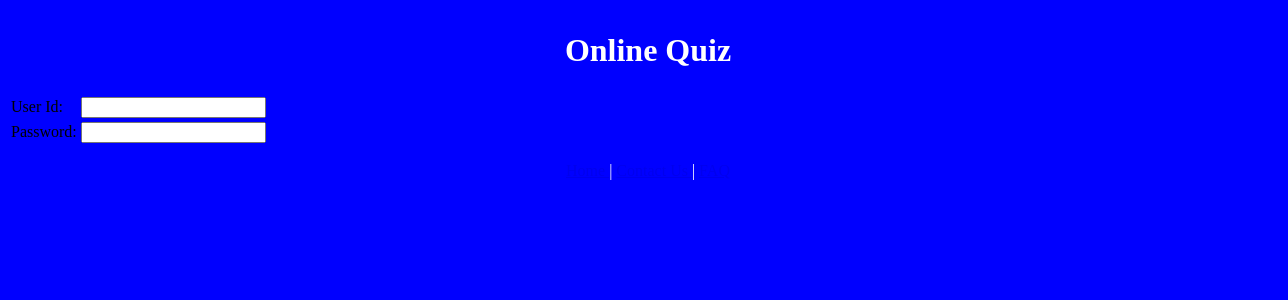
Repository: KaushikVeluruWorld/KaushikJava
Page: http://localhost/OnlineQuiz/home.jsp
The author's editor kept a copy of each file at every save. The page is drawn from the files as they stood at one save, then again after the next save.
The browser window is 1280 px wide. The page is 1288 px wide, so the pictures cover 1288 px, including what lies to the right of the window. The pictures show the whole page.
The page is served by Tomcat 9. Other server files are loaded and not shown.

Above is the page before, as saved 2014-12-22 10:12:37.

### Online Quiz Tool/OnlineQuiz/WebContent/home.jsp
<%@ page language="java" contentType="text/html; charset=ISO-8859-1"
    pageEncoding="ISO-8859-1"%>
<!DOCTYPE html PUBLIC "-//W3C//DTD HTML 4.01 Transitional//EN" "http://www.w3.org/TR/html4/loose.dtd">
<html>
<head>
<meta http-equiv="Content-Type" content="text/html; charset=ISO-8859-1">
<title>Insert title here</title>
</head>
<body>

<jsp:include page="header.html"></jsp:include>

<table>
<tr> <td> User Id:</td>
     <td><input type="text" id="username"></td></tr>
<tr> <td> Password:</td>
     <td><input type="password" id="password"></td></tr>


</table>



<jsp:include page="footer.jsp"></jsp:include>

</body>
</html>

### Online Quiz Tool/OnlineQuiz/WebContent/header.html
<!DOCTYPE html>
<html>
<head>
<meta charset="ISO-8859-1">
<title>Header</title>
</head>
<body bgcolor="blue" style="height: 25%; width: 100%;">


<table style="height: 50px; width: 100%">
<tr>
<td align="center" colspan="2"> <h1 style="text-align: center; color: white;"><b>Online Quiz</b></h1></td>
</tr>
</table>


</body>
</html>

### Online Quiz Tool/OnlineQuiz/WebContent/footer.jsp
<%@ page language="java" contentType="text/html; charset=ISO-8859-1"
    pageEncoding="ISO-8859-1"%>
<!DOCTYPE html PUBLIC "-//W3C//DTD HTML 4.01 Transitional//EN" "http://www.w3.org/TR/html4/loose.dtd">
<html>
<head>
<meta http-equiv="Content-Type" content="text/html; charset=ISO-8859-1">
<title>Footer</title>
</head>

<body bgcolor="blue" style="height: 50px; width: 100%;">

<p align="center" style="color: white" >
<a style="" href="Home.jsp">Home </a> |
<a href="ContactUs.jsp">Contact Us </a> |
<a href="FAQ.jsp">FAQ </a>
</p>

</body>
</html>

After the next save:
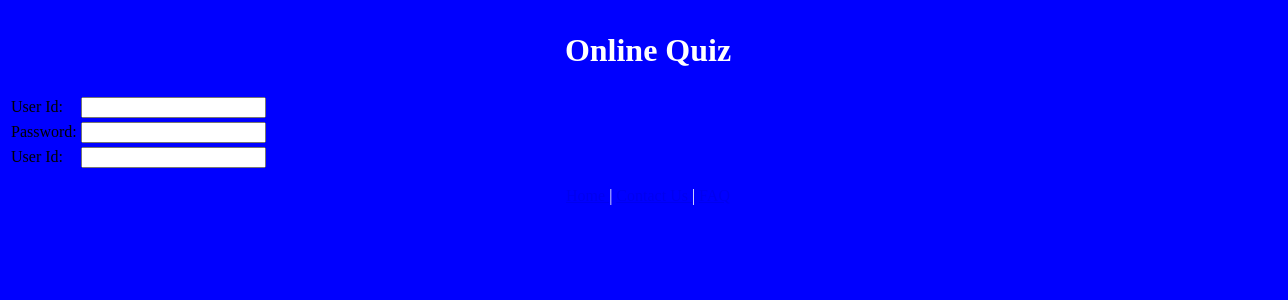
Saved 6 s later.
--- a/Online Quiz Tool/OnlineQuiz/WebContent/home.jsp
+++ b/Online Quiz Tool/OnlineQuiz/WebContent/home.jsp
@@ -15,6 +15,9 @@
      <td><input type="text" id="username"></td></tr>
 <tr> <td> Password:</td>
      <td><input type="password" id="password"></td></tr>
+<tr> <td> User Id:</td>
+     <td><input type="text" id="username"></td></tr>
+
 
 
 </table>
